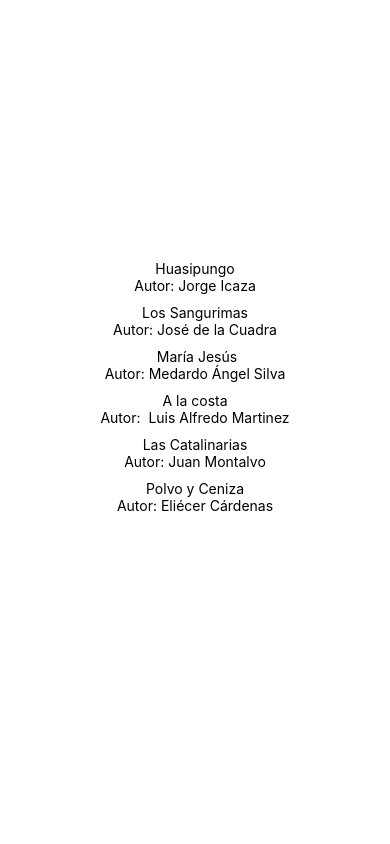
Repository: Henrybaio24/app-lista-libros
Screen: /
These files come from the project's save history. The screen is drawn as it stood at one moment and after a run of saves; the edit follows.
The app was drawn by React Native's web renderer in a window 390 px wide. The project was rebuilt for these pictures with package versions that can differ from the ones it lists, and the page was loaded fresh each time.

Above is the screen before, as saved 2020-02-03 20:15:01.

### App.js
import React, { Component } from 'react';
import {
  StyleSheet,
  Text,
  View,
  FlatList,
  H1,
} from 'react-native';

export default class EventList extends Component {
  state = {
    libros: []
  }

  componentDidMount() {
    const libros = require('./db.json').libros
    this.setState( { libros })
  }

  render() {
    return(

      <FlatList
        data={ this.state.libros }
        style={ styles.lista }
        renderItem={ ({ item }) =>
          <View style={styles.container}>
            <Text>{ item.nombre }</Text>
            <Text>Autor: { item.autor }</Text>
          </View>
        }
        keyExtractor={ item => item.id }
      />
    )
  }
}

const styles = StyleSheet.create({
  container: {
    paddingTop: 10,
    alignItems: 'center',
    justifyContent: 'center',
  },
  lista: {
    paddingTop: 250,
  },
});

### db.json
{
    "libros":
    [
        {
            "id": 1,
            "nombre": "Huasipungo",
            "autor": "Jorge Icaza",
            "año": 1960
        },
        {
            "id": 2,
            "nombre": "Los Sangurimas",
            "autor": "José de la Cuadra",
            "año": 1903
        },
        {
            "id": 3,
            "nombre": " María Jesús",
            "autor": "Medardo Ángel Silva",
            "año": 1950
        },
        {
            "id": 4,
            "nombre": "A la costa",
            "autor": " Luis Alfredo Martinez",
            "año": 1904
        },
        {
            "id": 5,
            "nombre": "Las Catalinarias",
            "autor": "Juan Montalvo",
            "año": 1832
        },
        {
            "id": 6,
            "nombre": "Polvo y Ceniza",
            "autor": "Eliécer Cárdenas",
            "año": 1950
        }
    ]
}

After the next 3 saves:
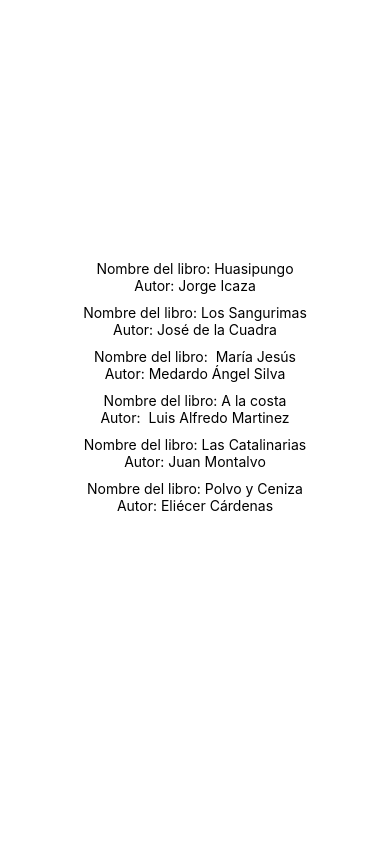
The 3 saves are shown as one change because they came seconds apart.
The last was saved 15 s later.
--- a/App.js
+++ b/App.js
@@ -25,7 +25,7 @@ export default class EventList extends Component {
         style={ styles.lista }
         renderItem={ ({ item }) =>
           <View style={styles.container}>
-            <Text>{ item.nombre }</Text>
+            <Text>Nombre del libro: { item.nombre }</Text>
             <Text>Autor: { item.autor }</Text>
           </View>
         }
